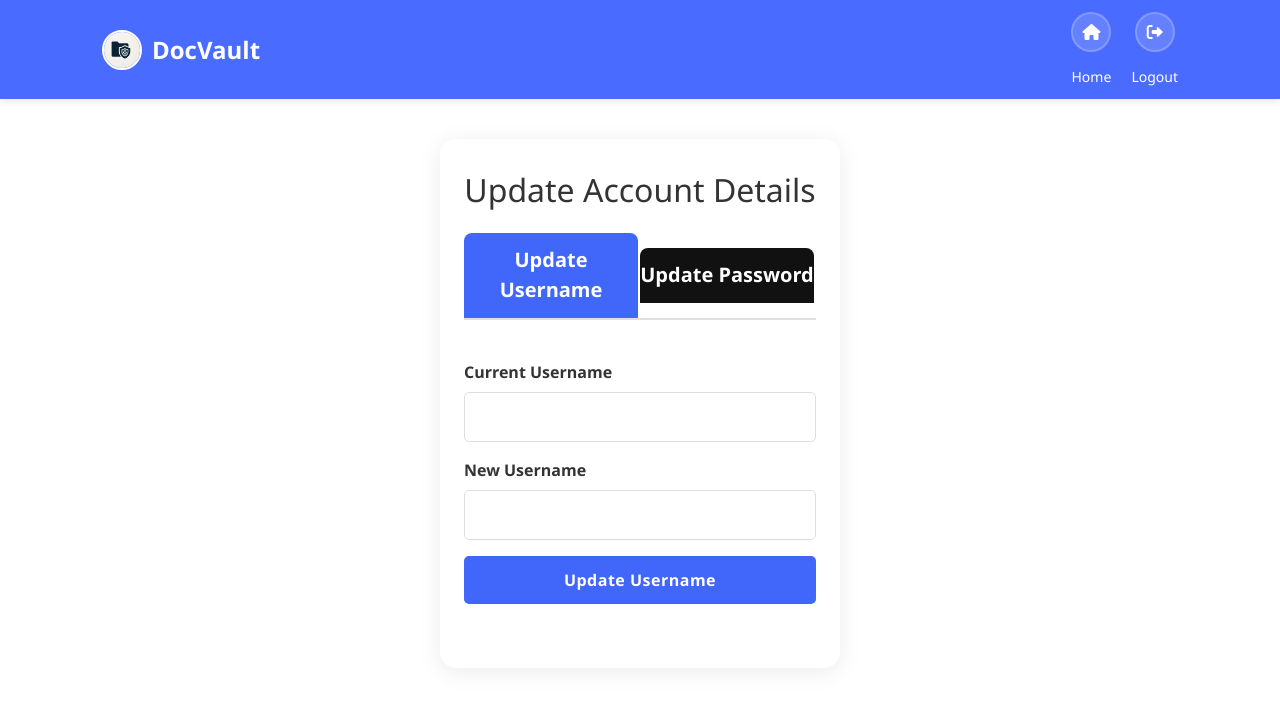
Repository: Satyaveni-Devisetti/DocVault
Page: updatedetails.html
These files come from the project's save history. The page is drawn as it stood at one moment and after the next save; the edit follows.
The browser window is 1280 px wide. The pictures show the whole page.

Above is the page before, as saved 2025-04-28 14:46:15.

### updatedetails.html
<!DOCTYPE html>
<html lang="en">
<head>
    <meta charset="UTF-8">
    <meta name="viewport" content="width=device-width, initial-scale=1.0">
    <title>Update Details - DocVault</title>
    <link href="https://cdn.jsdelivr.net/npm/bootstrap@5.3.0/dist/css/bootstrap.min.css" rel="stylesheet">
    <link rel="stylesheet" href="https://cdnjs.cloudflare.com/ajax/libs/font-awesome/6.0.0/css/all.min.css">
    <link rel="stylesheet" href="styles.css">
    <style>
        .navbar {
            min-height: 56px;
            padding-top: 0.25rem;
            padding-bottom: 0.25rem;
            background: #4066fa;
        }
        .navbar .container {
            display: flex;
            align-items: center;
            justify-content: space-between;
        }
        .navbar-brand {
            display: flex;
            align-items: center;
            color: #fff !important;
            font-weight: 600;
            font-size: 1.5rem;
        }
        .navbar-logo {
            margin-right: 10px;
            height: 40px;
        }
        .navbar-nav {
            display: flex;
            flex-direction: row;
            align-items: center;
            gap: 20px;
        }
        .nav-link {
            color: #fff !important;
            font-weight: 500;
            display: flex;
            align-items: center;
            gap: 6px;
        }
        .nav-link .nav-icon-circle {
            background: rgba(255,255,255,0.15);
            border-radius: 50%;
            padding: 6px;
            display: flex;
            align-items: center;
            justify-content: center;
        }
        .update-card {
            max-width: 400px;
            margin: 40px auto;
            box-shadow: 0 4px 24px rgba(0,0,0,0.08);
            border-radius: 16px;
            padding: 32px 24px 24px 24px;
            background: #fff;
        }
        .custom-tabs {
            display: flex;
            justify-content: center;
            align-items: center;
            margin-bottom: 24px;
            border-bottom: 2px solid #e0e0e0;
        }
        .custom-tab {
            flex: 1;
            text-align: center;
            font-size: 1.25rem;
            font-weight: 600;
            padding: 12px 0 10px 0;
            cursor: pointer;
            color: #fff;
            background: #111;
            border: none;
            outline: none;
            transition: color 0.2s, border-color 0.2s, background 0.2s;
            border-bottom: 3px solid transparent;
            border-radius: 8px 8px 0 0;
            margin-right: 2px;
        }
        .custom-tab.active {
            color: #fff;
            background: #4066fa;
            border-bottom: 3px solid #4066fa;
            font-weight: bold;
        }
        .custom-tab:not(.active):hover {
            background: #222;
            color: #b3b3b3;
        }
        .tab-content {
            margin-top: 0;
        }
        .btn-primary {
            background: #4066fa;
            border: none;
        }
        .btn-primary:hover {
            background: #2746b6;
        }
        .card, .option-card {
            box-shadow: 0 4px 16px rgba(64,102,250,0.10), 0 1.5px 6px rgba(0,0,0,0.08);
            border-radius: 12px;
        }
    </style>
</head>
<body>
    <nav class="navbar">
        <div class="container">
            <a class="navbar-brand" href="home.html">
                <img src="icon.png" alt="DocVault" class="navbar-logo">
                DocVault
            </a>
            <div class="navbar-nav">
                <a class="nav-link" href="home.html">
                    <div class="nav-icon-circle">
                        <i class="fas fa-home"></i>
                    </div>
                    <span>Home</span>
                </a>
                <a class="nav-link" href="#" id="logout-link">
                    <div class="nav-icon-circle">
                        <i class="fas fa-sign-out-alt"></i>
                    </div>
                    <span>Logout</span>
                </a>
            </div>
        </div>
    </nav>

    <div class="update-card">
        <h2 class="text-center mb-4">Update Account Details</h2>
        <div class="custom-tabs">
            <button class="custom-tab active" id="custom-username-tab" type="button">Update Username</button>
            <button class="custom-tab" id="custom-password-tab" type="button">Update Password</button>
        </div>
        <div class="tab-content" id="customTabContent">
            <div class="tab-pane show active" id="custom-username-pane" style="display:block;">
                <form id="update-username-form">
                    <div class="form-group mb-3">
                        <label for="current-username">Current Username</label>
                        <input type="text" class="form-control" id="current-username" required>
                    </div>
                    <div class="form-group mb-3">
                        <label for="new-username">New Username</label>
                        <input type="text" class="form-control" id="new-username" required>
                    </div>
                    <div class="form-group text-center">
                        <button type="submit" class="btn btn-primary w-100" id="update-username-btn">
                            Update Username
                        </button>
                    </div>
                </form>
            </div>
            <div class="tab-pane" id="custom-password-pane" style="display:none;">
                <form id="update-password-form">
                    <div class="form-group mb-3">
                        <label for="current-password">Current Password</label>
                        <div class="input-group">
                            <input type="password" class="form-control" id="current-password" required>
                            <button class="btn btn-outline-secondary" type="button" id="toggle-current-password">
                                <i class="fas fa-eye"></i>
                            </button>
                        </div>
                    </div>
                    <div class="form-group mb-3">
                        <label for="new-password">New Password</label>
                        <div class="input-group">
                            <input type="password" class="form-control" id="new-password" required>
                            <button class="btn btn-outline-secondary" type="button" id="toggle-new-password">
                                <i class="fas fa-eye"></i>
                            </button>
                        </div>
                    </div>
                    <div class="form-group mb-3">
                        <label for="confirm-new-password">Confirm New Password</label>
                        <div class="input-group">
                            <input type="password" class="form-control" id="confirm-new-password" required>
                            <button class="btn btn-outline-secondary" type="button" id="toggle-confirm-new-password">
                                <i class="fas fa-eye"></i>
                            </button>
                        </div>
                    </div>
                    <div class="form-group text-center">
                        <button type="submit" class="btn btn-primary w-100" id="update-password-btn">
                            Update Password
                        </button>
                    </div>
                </form>
            </div>
        </div>
    </div>

    <script src="https://cdn.jsdelivr.net/npm/bootstrap@5.3.0/dist/js/bootstrap.bundle.min.js"></script>
    <script>
        // Custom tab switching (only this JS is changed)
        document.getElementById('custom-username-tab').addEventListener('click', function() {
            this.classList.add('active');
            document.getElementById('custom-password-tab').classList.remove('active');
            document.getElementById('custom-username-pane').style.display = 'block';
            document.getElementById('custom-password-pane').style.display = 'none';
        });
        document.getElementById('custom-password-tab').addEventListener('click', function() {
            this.classList.add('active');
            document.getElementById('custom-username-tab').classList.remove('active');
            document.getElementById('custom-username-pane').style.display = 'none';
            document.getElementById('custom-password-pane').style.display = 'block';
        });
    </script>
    <script src="script.js"></script>
</body>
</html>

Loaded but not shown: script.js (985 lines, source omitted); styles.css (950 lines, source omitted)

After the next save:
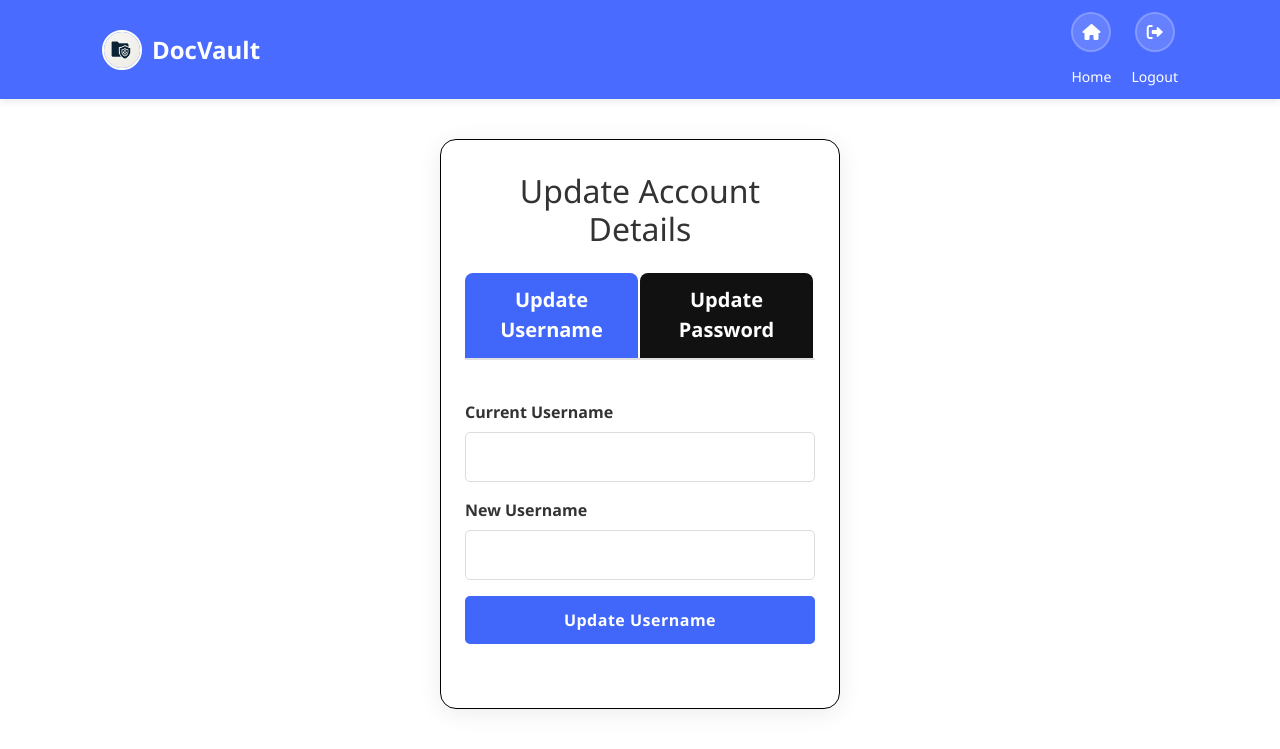
Saved 108 s later.
--- a/updatedetails.html
+++ b/updatedetails.html
@@ -132,7 +132,7 @@
         </div>
     </nav>
 
-    <div class="update-card">
+    <div class="update-card" style=" border: 1px solid #000;">
         <h2 class="text-center mb-4">Update Account Details</h2>
         <div class="custom-tabs">
             <button class="custom-tab active" id="custom-username-tab" type="button">Update Username</button>
